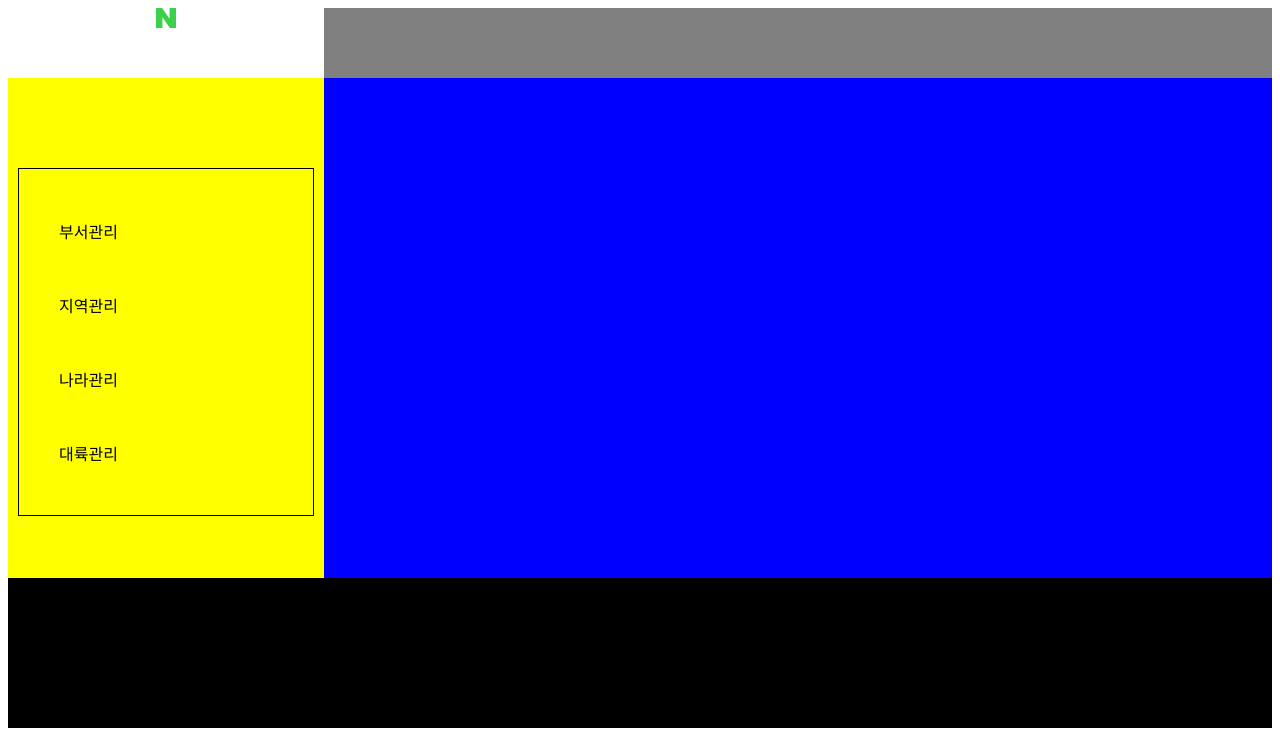
Repository: mireu930/Serverlet_App
Page: src/build/classes/webapp/template/layout.html
The author's editor kept a copy of each file at every save. The page is drawn from the files as they stood at one save, then again after the next save.
The browser window is 1280 px wide. The pictures show the whole page.

Above is the page before, as saved 2025-02-07 11:46:15.

After the next save:
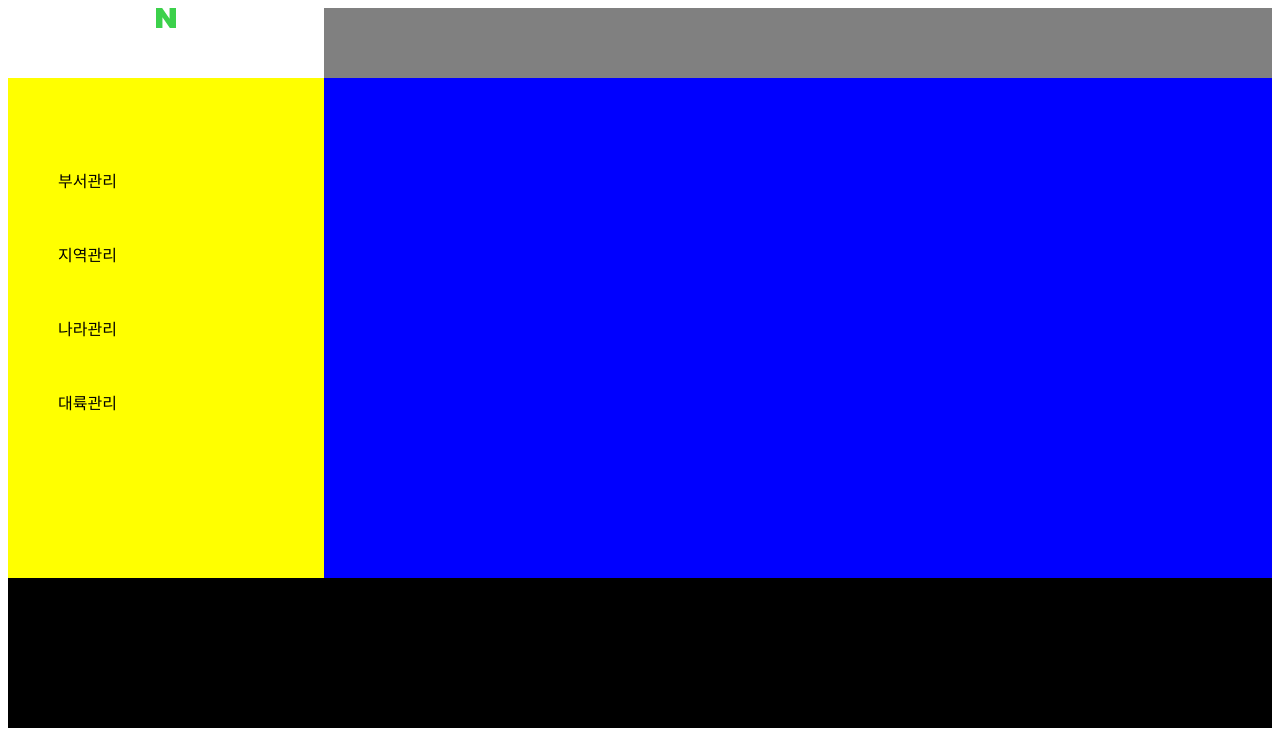
Saved 5 s later.
--- a/src/build/classes/webapp/template/layout.html
+++ b/src/build/classes/webapp/template/layout.html
@@ -55,7 +55,7 @@
 
 .content_left ul {
   list-style: none;
-  border: 1px black solid;
+  /* border: 1px black solid; */
   margin: 90px 10px;
 }
 
